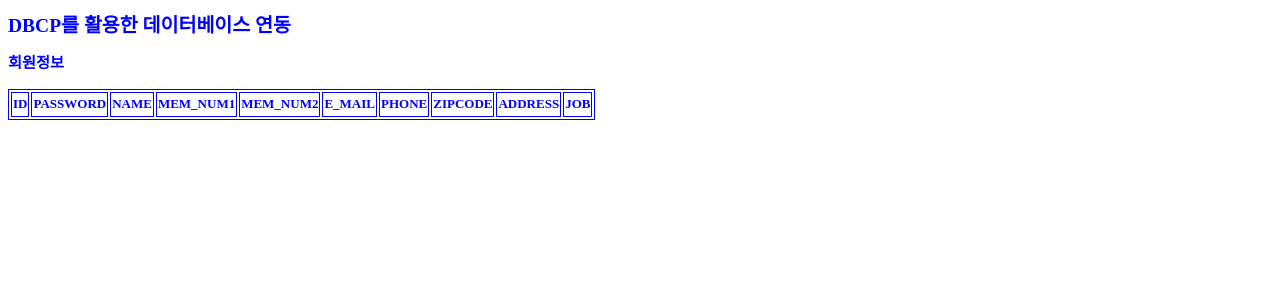
Repository: kr1124/jsp
Page: http://localhost/ServletProject/jdbc/usingDBCP.jsp
The author's editor kept a copy of each file at every save. The page is drawn from the files as they stood at one save, then again after the next save.
The browser window is 1280 px wide. The pictures show the whole page.
The page is served by Tomcat 9. Other server files are loaded and not shown. Queries for data that is not in the repository find no rows.

Above is the page before, as saved 2024-12-06 01:58:09.

### ServletProject/src/main/webapp/jdbc/usingDBCP.jsp
<%@ page import="java.util.Vector"%>
<%@ page language="java" contentType="text/html; charset=UTF-8" pageEncoding="UTF-8" %>
<%@ page import="java.sql.*" %>
<%@ page import="com.jdbc.*" %>

<!DOCTYPE html>
<html>
	<head>
		<meta charset="UTF-8">
		<title>DBCP를 활용한 데이터베이스 연동</title>
		<link href="style.css" rel="stylesheet" type="text/css" >
	</head>
	<body>
		<h2>DBCP를 활용한 데이터베이스 연동</h2>
		<h3>회원정보</h3>
		<table bordercolor="#0000ff" border="1" >
			<tr>
				<td><strong>ID</strong></td>
				<td><strong>PASSWORD</strong></td>
				<td><strong>NAME</strong></td>
				<td><strong>MEM_NUM1</strong></td>
				<td><strong>MEM_NUM2</strong></td>
				<td><strong>E_MAIL</strong></td>
				<td><strong>PHONE</strong></td>
				<td><strong>ZIPCODE</strong></td>
				<td><strong>ADDRESS</strong></td>
				<td><strong>JOB</strong></td>
			</tr>

			<jsp:useBean id="dao" class="com.jdbc.TempMemberDAO" scope="page"/>
			<%
				Vector<TempMemberVO> vlist = dao.getMemberList();
				int counter = vlist.size();

				for(int i = 0; i < vlist.size(); i++) {
					TempMemberVO vo = vlist.elementAt(i);
			%>

			<tr>
				<td><strong><%=vo.getId() %></strong></td>
				<td><strong><%=vo.getPasswd() %></strong></td>
				<td><strong><%=vo.getName() %></strong></td>
				<td><strong><%=vo.getMem_num1() %></strong></td>
				<td><strong><%=vo.getMem_num2() %></strong></td>
				<td><strong><%=vo.getE_mail() %></strong></td>
				<td><strong><%=vo.getPhone() %></strong></td>
				<td><strong><%=vo.getZipcode() %></strong></td>
				<td><strong><%=vo.getAddress() %></strong></td>
				<td><strong><%=vo.getJob() %></strong></td>
			<%}%>

			</tr>
		</table>

	</body>
</html>

### ServletProject/src/main/java/com/jdbc/TempMemberDAO.java
package com.jdbc;

import java.util.*;
import java.sql.*;

public class TempMemberDAO {
//	private final String JDBC_DRIVER="oracle.jdbc.driver.OraclDriver";
//	private final String JDBC_URL="jdbc:oracle:thin:@localhost:1521:orcl";
//	private final String USER="scott";
//	private final String PASS="tiger";
//
//	public TempMemberDAO() {
//		try {
//			Class.forName(JDBC_DRIVER);
//		} catch (Exception e) {
//			System.out.println("error : jdbc 드라이버 로딩 실패");
//		}
//	}

	public Vector<TempMemberVO> getMemberList() {
		Connection con = null;
		Statement stmt = null;
		ResultSet rs = null;

		Vector<TempMemberVO> vecList = new Vector<TempMemberVO>();

		try {
			//con = DriverManager.getConnection(JDBC_URL, USER, PASS);
			con = ConnUtil.getConnection();
			String sql = "select * from tempmember";
			stmt = con.createStatement();
			rs = stmt.executeQuery(sql);

			while(rs.next()) {
				TempMemberVO vo = new TempMemberVO();
				vo.setId(rs.getString("id"));
				vo.setPasswd(rs.getString("passwd"));
				vo.setName(rs.getString("name"));
				vo.setMem_num1(rs.getString("mem_num1"));
				vo.setMem_num2(rs.getString("mem_num2"));
				vo.setE_mail(rs.getString("e_mail"));
				vo.setPhone(rs.getString("phone"));
				vo.setZipcode(rs.getString("zipcode"));
				vo.setAddress(rs.getString("address"));
				vo.setJob(rs.getString("job"));

				vecList.add(vo);
			}
		} catch (Exception e) {
			System.out.println("Exception : " + e);
		} finally {

		}

		return vecList;
	}
}

### ServletProject/src/main/java/com/jdbc/ConnUtil.java
package com.jdbc;

import java.sql.*;
import javax.sql.*;
import javax.naming.*;

public class ConnUtil {
	public static Connection getConnection() {
		Connection con = null;

		try {
			Context initContext = new InitialContext();
			Context envContext  = (Context)initContext.lookup("java:/comp/env");
			DataSource ds = (DataSource)envContext.lookup("jdbc/myOracle");
			con = ds.getConnection();

			System.out.println("데이터베이스 연결 성공");
		} catch(Exception se) {
			System.out.println("데이터베이스 연결 실패");
		}

		return con;
	}
}

### ServletProject/src/main/webapp/jdbc/style.css
@charset "UTF-8";
body, td, select, div, form {
	font-size : 13px;
	color: blue;
	line-height: 160%;
	font-family: serif;
}

textarea, input {
	border-right: 1px solid #999999;
	border-top: 1px solid #999999;
	border-left: 1px solid #999999;
	border-bottom: 1px solid #999999;
	font-size: 9pt;
	color: black;
	background-color: white;
	font-family: serif;
}

a:link {
	text-decoration: none;
	color: #696969;
}
a:hover {
	text-decoration: yes;
	color: #66ccff;
}
a:visited {
	text-decoration: none;
	color: #330066;
}

After the next save:
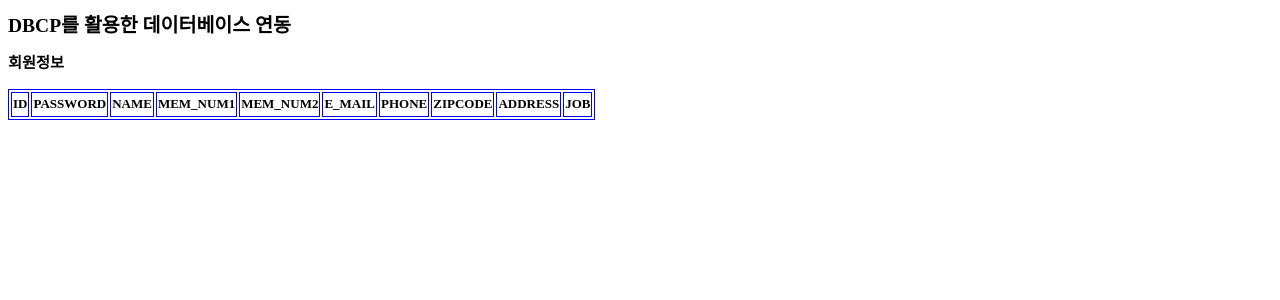
Saved 5 s later.
--- a/ServletProject/src/main/webapp/jdbc/style.css
+++ b/ServletProject/src/main/webapp/jdbc/style.css
@@ -1,7 +1,7 @@
 @charset "UTF-8";
 body, td, select, div, form {
 	font-size : 13px;
-	color: blue;
+	color: black;
 	line-height: 160%;
 	font-family: serif;
 }

After the save that followed:
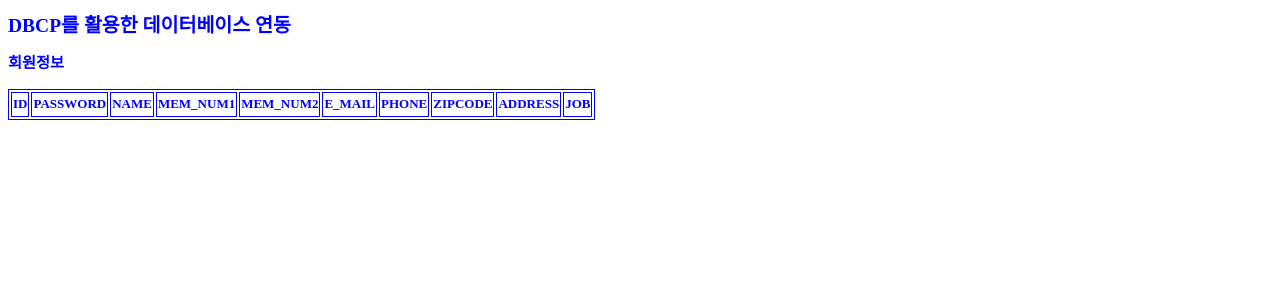
Saved 21 s later.
--- a/ServletProject/src/main/webapp/jdbc/style.css
+++ b/ServletProject/src/main/webapp/jdbc/style.css
@@ -1,7 +1,7 @@
 @charset "UTF-8";
 body, td, select, div, form {
 	font-size : 13px;
-	color: black;
+	color: blue;
 	line-height: 160%;
 	font-family: serif;
 }
